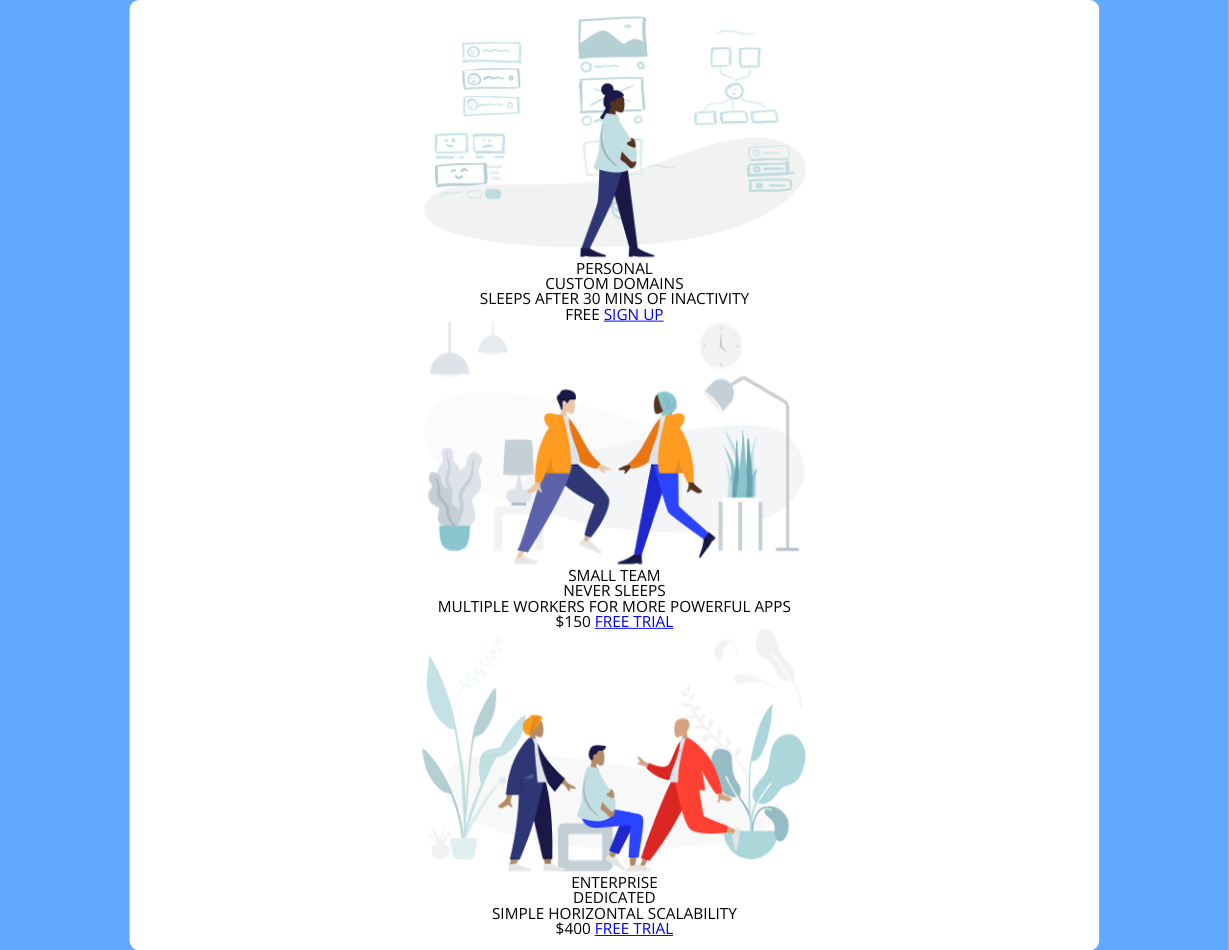
Repository: patrik-fredlund/pricing_panel_udemy
Page: PriceTableStarter/index.html
The author's editor kept a copy of each file at every save. The page is drawn from the files as they stood at one save, then again after the next save.
The browser window is 1280 px wide. The pictures show the whole page, at 96% of full size.

Above is the page before, as saved 2021-06-27 13:22:58.

After the next save:
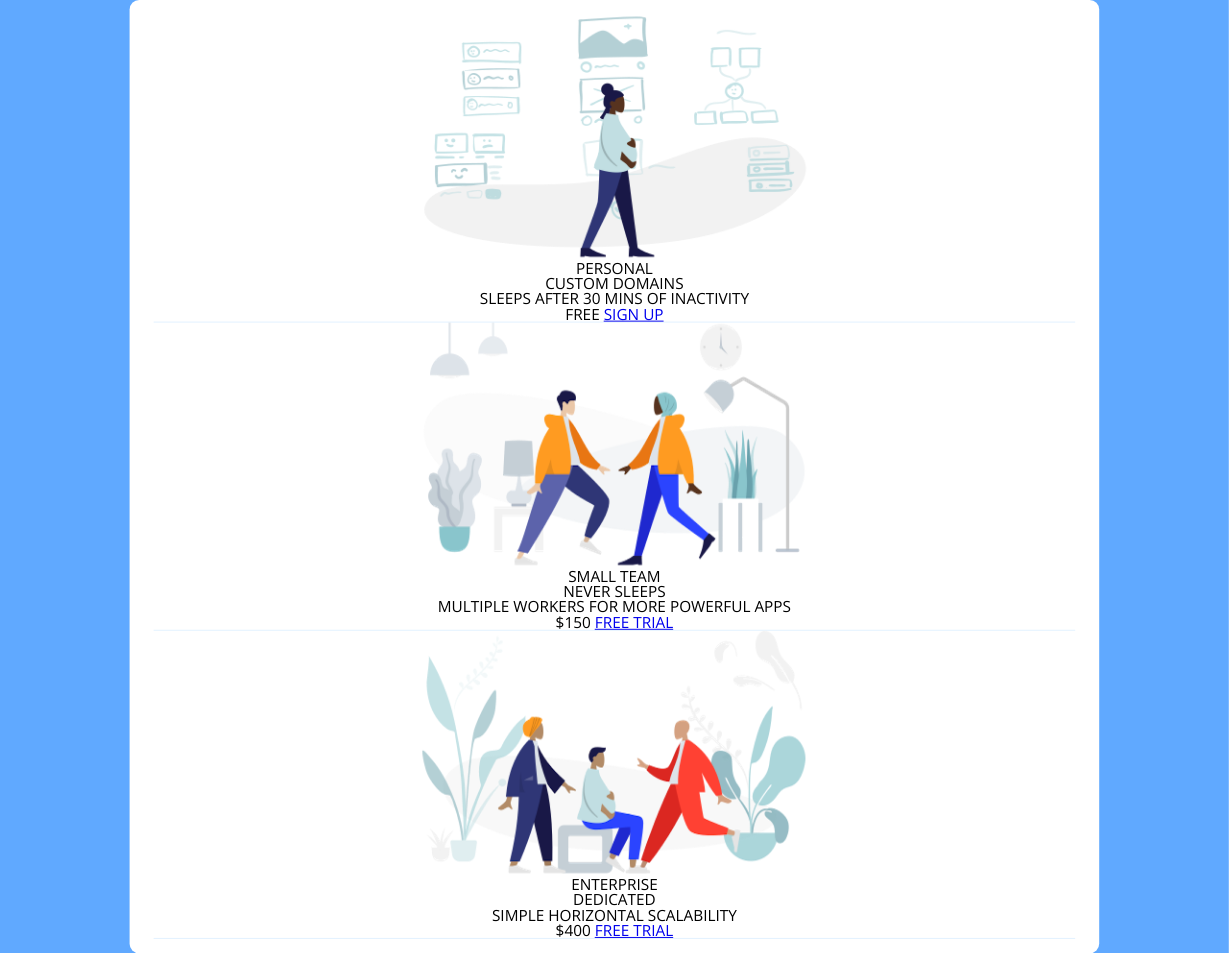
Saved 35 s later.
--- a/PriceTableStarter/app.css
+++ b/PriceTableStarter/app.css
@@ -77,6 +77,6 @@ body {
     text-transform: uppercase;
 }
 
-.pricing-pan {
+.pricing-plan {
     border-bottom: 1px solid #e1f1ff;
 }
